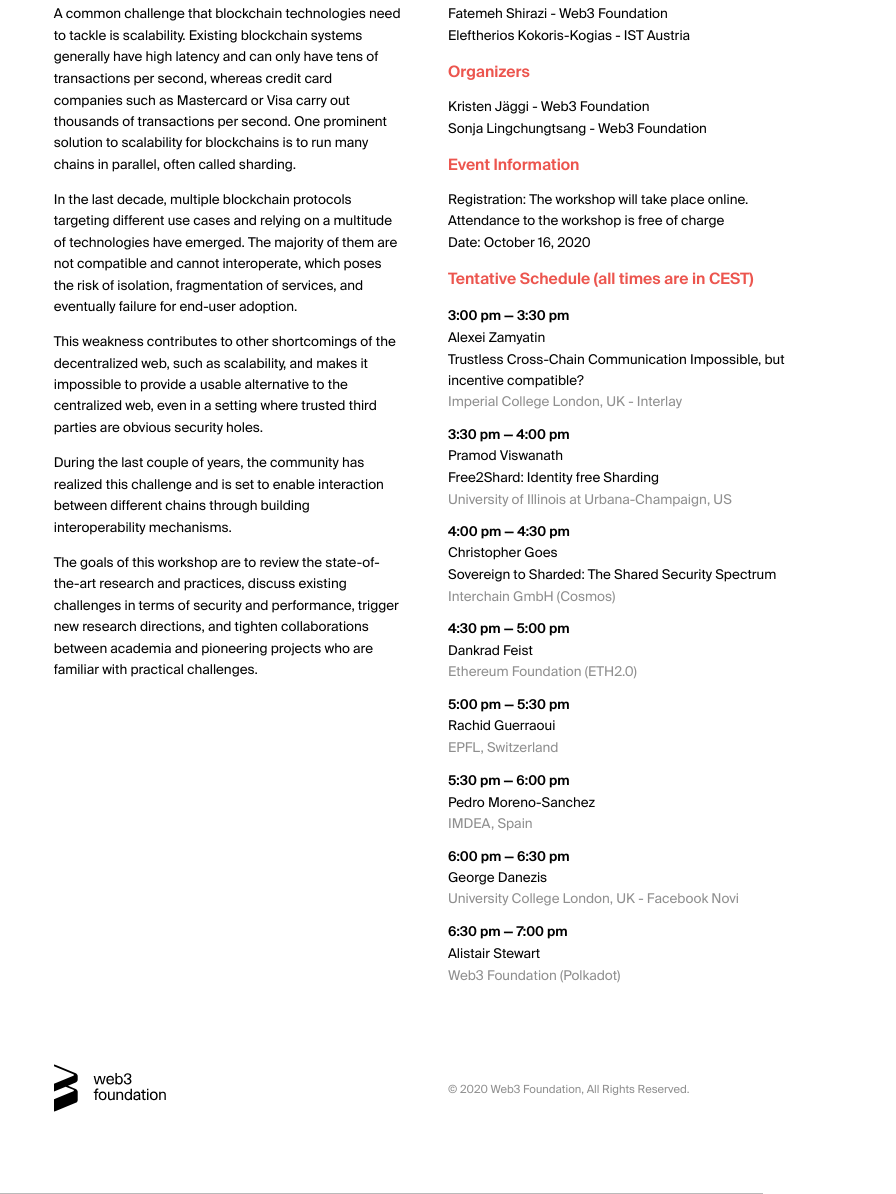
Repository: w3f-webops/disc2020-scalability-and-interoperability-workshop
Page: index.html
An editor plug-in stored every save of this project. The page is shown before and after the next save, followed by the edit.
The browser window is 1280 px wide. The pictures show the part of the page from y = 1006 to 2926 px (the page is 2711 px tall before and 2926 px after), at 70% of full size.

Above is the page before, as saved 2020-10-14 19:34:03.

### index.html
<!DOCTYPE html>
<!--[if lt IE 7]>      <html class="no-js lt-ie9 lt-ie8 lt-ie7"> <![endif]-->
<!--[if IE 7]>         <html class="no-js lt-ie9 lt-ie8"> <![endif]-->
<!--[if IE 8]>         <html class="no-js lt-ie9"> <![endif]-->
<!--[if gt IE 8]><!-->
<html class="no-js">
<!--<![endif]-->

<head>
    <meta charset="utf-8">
    <meta http-equiv="X-UA-Compatible" content="IE=edge">
    <title>DISC2020 | Blockchain Interoperability and Sharding (BIS)</title>
    <meta name="description" content="The Blockchain Interoperability and Sharding Workshop aims at exploring the challenges and opportunities the blockchain sharding has created and discusses interoperability between blockchain systems.">
    <meta name="viewport" content="width=device-width, initial-scale=1">
    <link rel="stylesheet" href="https://cdnjs.cloudflare.com/ajax/libs/normalize/8.0.1/normalize.min.css">
    <link rel="stylesheet" href="style.css">
</head>

<body>
    <div class="page">
        <header>
            <div class="wrapper">
                <div class="nav-bar">
                    <div class="left">
                        <div class="logo">
                            <a href="https://web3.foundation" target="_blank"><img src="logo.svg" alt="Web3 Foundation Logo" class="nav-logo" /></a>
                        </div>
                    </div>
                </div>
            </div>
        </header>
        <main>
            <div class="hero wrapper">
                <h1 class="hero-headline">BIS: Workshop on <wbr>Blockchain Interoperability <wbr>and&nbsp;Sharding</h1>
                <div class="register">
                    <div class="register-date">October 16, 2020 15:00 CEST</div>
                    <a href="http://www.disc-conference.org/wp/disc2020/" target="_blank" rel="noopener noreferrer" class="register-link">Registration
                        <svg width="24" height="24" xmlns="http://www.w3.org/2000/svg" fill-rule="evenodd" clip-rule="evenodd" fill="#fff">
                            <path d="M14 4h-13v18h20v-11h1v12h-22v-20h14v1zm10 5h-1v-6.293l-11.646 11.647-.708-.708 11.647-11.646h-6.293v-1h8v8z" />
                        </svg>
                    </a>
                </div>
                <img src="BIS.svg" class="hero-image">
                <h2 class="hero-text"><b>BIS, the first workshop on Blockchain Interoperability and Sharding, aims at&nbsp;exploring the challenges and opportunities the&nbsp;blockchain sharding has created and discusses interoperability between blockchain systems.</b></h2>
            </div>
            <div class="content">
                <div class="wrapper columns">
                    <div class="column">
                        <h2>Background</h2>
                        <p> A common challenge that blockchain technologies need to tackle is scalability. Existing blockchain systems generally have high latency and can only have tens of transactions per second, whereas credit card companies such as Mastercard or Visa carry out thousands of transactions per second. One prominent solution to scalability for blockchains is to run many chains in parallel, often called sharding.</p>

                        <p>In the last decade, multiple blockchain protocols targeting different use cases and relying on a multitude of technologies have emerged. The majority of them are not compatible and cannot interoperate, which poses the risk of isolation, fragmentation of services, and eventually failure for end-user adoption.</p>

                        <p>This weakness contributes to other shortcomings of the decentralized web, such as scalability, and makes it impossible to provide a usable alternative to the centralized web, even in a setting where trusted third parties are obvious security holes.</p>

                        <p>During the last couple of years, the community has realized this challenge and is set to enable interaction between different chains through building interoperability mechanisms.</p>

                        <p>The goals of this workshop are to review the state-of-the-art research and practices, discuss existing challenges in terms of security and performance, trigger new research directions, and tighten collaborations between academia and pioneering projects who are familiar with practical challenges.</p>
                    </div>
                    <div class="column">
                        <h2>Workshop Chairs</h2>
                        <p>
                            Fatemeh Shirazi - Web3 Foundation<br>
                            Eleftherios Kokoris-Kogias - IST Austria
                        </p>

                        <h2>Organizers</h2>
                        <p>
                            Kristen Jäggi - Web3 Foundation<br>
                            Sonja Lingchungtsang - Web3 Foundation
                        </p>

                        <h2>Event Information</h2>
                        <p>
                            Registration: The workshop will take place online. Attendance to the workshop is free of charge<br>
                            Date: October 16, 2020
                        </p>

                        <h2>Tentative Schedule (all times are in CEST)</h2>

                        <ul class="schedule">
                            <li class="schedule-entry">
                                <div class="schedule-date">3:00 pm &mdash; 3:30 pm</div>
                                <div class="schedule-speaker">Alexei Zamyatin</div>
                                <div class="schedule-topic">Trustless Cross-Chain Communication Impossible, but incentive compatible?</div>
                                <div class="schedule-position">Imperial College London, UK - Interlay</div>
                            </li>
                            <li class="schedule-entry">
                                <div class="schedule-date">3:30 pm &mdash; 4:00 pm</div>
                                <div class="schedule-speaker">Pramod Viswanath</div>
                                <div class="schedule-topic">Free2Shard: Identity free Sharding</div>
                                <div class="schedule-position">University of Illinois at Urbana-Champaign, US</div>
                            </li>
                            <li class="schedule-entry">
                                <div class="schedule-date">4:00 pm &mdash; 4:30 pm</div>
                                <div class="schedule-speaker">Christopher Goes</div>
                                <div class="schedule-topic">Sovereign to Sharded: The Shared Security Spectrum</div>
                                <div class="schedule-position">Interchain GmbH (Cosmos)</div>
                            </li>
                            <li class="schedule-entry">
                                <div class="schedule-date">4:30 pm &mdash; 5:00 pm</div>
                                <div class="schedule-speaker">Dankrad Feist</div>
                                <div class="schedule-position">Ethereum Foundation (ETH2.0)</div>
                            </li>
                            <li class="schedule-entry">
                                <div class="schedule-date">5:00 pm &mdash; 5:30 pm</div>
                                <div class="schedule-speaker">Rachid Guerraoui</div>
                                <div class="schedule-position">EPFL, Switzerland</div>
                            </li>
                            <li class="schedule-entry">
                                <div class="schedule-date">5:30 pm &mdash; 6:00 pm</div>
                                <div class="schedule-speaker">Pedro Moreno-Sanchez</div>
                                <div class="schedule-position">IMDEA, Spain</div>
                            </li>
                            <li class="schedule-entry">
                                <div class="schedule-date">6:00 pm &mdash; 6:30 pm</div>
                                <div class="schedule-speaker">George Danezis</div>
                                <div class="schedule-position">University College London, UK - Facebook Novi</div>
                            </li>
                            <li class="schedule-entry">
                                <div class="schedule-date">6:30 pm &mdash; 7:00 pm</div>
                                <div class="schedule-speaker">Alistair Stewart</div>
                                <div class="schedule-position">Web3 Foundation (Polkadot)</div>
                            </li>
                        </ul>
                    </div>
                </div>
            </div>
        </main>
        <footer>
            <div class="wrapper">
                <div class="nav-bar">
                    <div class="left">
                        <div class="logo">
                            <a href="https://web3.foundation" target="_blank">
                                <img src="logo-black.svg" alt="Web3 Foundation Logo" class="nav-logo" />
                            </a>
                        </div>
                    </div>
                    <div class="right">
                        © 2020 Web3 Foundation, All Rights Reserved.
                    </div>
                </div>
            </div>
        </footer>
    </div>
</body>

</html>

### style.css
@font-face {
  font-family: "SuisseIntl";
  src: url("fonts/SuisseIntl-Regular-WebM.eot");
  src: url("fonts/SuisseIntl-Regular-WebM.eot?#iefix")
      format("embedded-opentype"),
    url("fonts/SuisseIntl-Regular-WebM.woff2") format("woff2"),
    url("fonts/SuisseIntl-Regular-WebM.woff") format("woff"),
    url("fonts/SuisseIntl-Regular-WebM.svg#SuisseIntl-Regular-WebM")
      format("svg");
  font-weight: 400;
  font-style: normal;
  font-stretch: normal;
}

@font-face {
  font-family: "SuisseIntl";
  src: url("../fonts/SuisseIntl-SemiBold-WebM.eot");
  src: url("../fonts/SuisseIntl-SemiBold-WebM.eot?#iefix")
      format("embedded-opentype"),
    url("../fonts/SuisseIntl-SemiBold-WebM.woff2") format("woff2"),
    url("../fonts/SuisseIntl-SemiBold-WebM.woff") format("woff"),
    url("../fonts/SuisseIntl-SemiBold-WebM.svg#SuisseIntl-SemiBold-WebM")
      format("svg");
  font-weight: 700;
  font-style: normal;
  font-stretch: normal;
}

:root {
  --highlight: #ec554e;
  --dim: #8f8f8f;
}

/* ==========================================================================
   Layout
   ========================================================================== */

html,
body {
  background: black;
  margin: 0;
  padding: 0;
}

body {
  font-family: "SuisseIntl", sans-serif;
}

.page {
  padding-top: 3rem;
}

.wrapper {
  max-width: 1200px;
  padding: 0 6vw;
}

.columns {
  display: flex;
}

.column {
  padding-right: 4rem;
}

.left,
.right {
  display: flex;
  align-items: center;
}

@media only screen and (max-width: 700px) {
  .page {
    padding-top: 1.5rem;
  }

  .columns {
    flex-wrap: wrap;
  }
  .column {
    width: 100%;
    padding-right: 1rem;
  }
}

/* ==========================================================================
   Header
   ========================================================================== */

.nav-bar {
  display: flex;
  justify-content: space-between;
  align-items: center;
  margin-bottom: 6rem;
  flex-wrap: wrap;
  color: white;
}

.nav-logo {
  width: 160px;
}

@media only screen and (max-width: 700px) {
  .nav-bar {
    margin-bottom: 2rem;
  }

  .nav-logo {
    max-width: 120px;
  }
}

/* ==========================================================================
   Hero
   ========================================================================== */

.hero {
  color: white;
  padding-bottom: 6vw;
}

.hero-image {
  margin-bottom: 3rem;
}

.hero-text {
  color: white;
  max-width: 720px;
}

.register {
  position: absolute;
  display: flex;
  justify-content: flex-end;
  align-items: center;
  top: 4rem;
  right: 6vw;
  width: 100%;
}

.register .register a {
  color: white;
  text-decoration: none;
}

.register a:visited {
  color: white;
  text-decoration: none;
}

.register a:hover {
  color: white;
  text-decoration: none;
}

.register-date {
  margin-right: 2.4rem;
  color: var(--highlight);
  font-weight: 700;
  color: white;
}

.register-link {
  display: block;
  position: relative;
  width: 5.5rem;
  padding: 0.7rem 3rem 0.7rem 1rem;
  margin-top: 0;
  border: var(--highlight) 1px solid;
  color: white;
  transition: all 0.2s ease-in-out;
  animation: 0.6s ease-in-out 0s 1 slideInFromBottom;
}

.register-link:hover {
  transform: translateY(-0.4rem);
  color: white;
}

.register-link:visited {
  color: white;
}

.register-link svg {
  position: absolute;
  transform: translateY(-50%);
  top: 48%;
  right: 0.7rem;
}

@media only screen and (max-width: 700px) {
  .hero-headline {
    margin-bottom: 1rem;
  }

  .register {
    position: relative;
    display: block;
    top: 0;
    right: 0;
    width: 100%;
    margin-bottom: 3rem;
  }

  .register-date {
    margin-bottom: 1rem;
  }
}

/* ==========================================================================
   Content
   ========================================================================== */

.content {
  background: white;
  padding: 6vw 0;
}

.schedule {
  list-style: none;
  padding-left: 0;
  line-height: 1.6;
  font-size: 1.2rem;
}

.schedule-entry {
  margin-bottom: 1rem;
}

.schedule-date {
  font-weight: 700;
}

.schedule-position {
  color: var(--dim);
}

/* ==========================================================================
   Footer
   ========================================================================== */

footer {
  padding: 1rem 0;
  background: white;
  color: black;
}

footer .right {
  width: 50%;
  color: var(--dim);
}

@media only screen and (max-width: 700px) {
  footer .nav-bar .left {
    margin-bottom: 1rem;
  }
  footer .nav-bar .right {
    width: 100%;
  }
}

/* ==========================================================================
   Typography
   ========================================================================== */

h1 {
  font-size: 6vw;
  margin: 0 0 2rem;
}

h2 {
  line-height: 1.6;
  font-size: 1.4rem;
  margin-top: 0;
  margin-bottom: 1rem;
  color: var(--highlight);
}

p {
  line-height: 1.6;
  font-size: 1.2rem;
  max-width: 720px;
  margin-top: 0;
}

a {
  color: black;
  text-decoration: none;
}

a:visited {
  color: black;
  text-decoration: none;
}

a:hover {
  color: black;
  text-decoration: none;
}

@media only screen and (min-width: 1500px) {
  h1 {
    font-size: 5.6rem;
  }
}

@media only screen and (max-width: 700px) {
  h1 {
    font-size: 12vw;
  }
}

/* ==========================================================================
   Utils
   ========================================================================== */

@keyframes slideInFromBottom {
  0% {
    opacity: 0;
    transform: translateY(5rem);
  }
  100% {
    opacity: 1;
    transform: translateY(0%);
  }
}

After the next save:
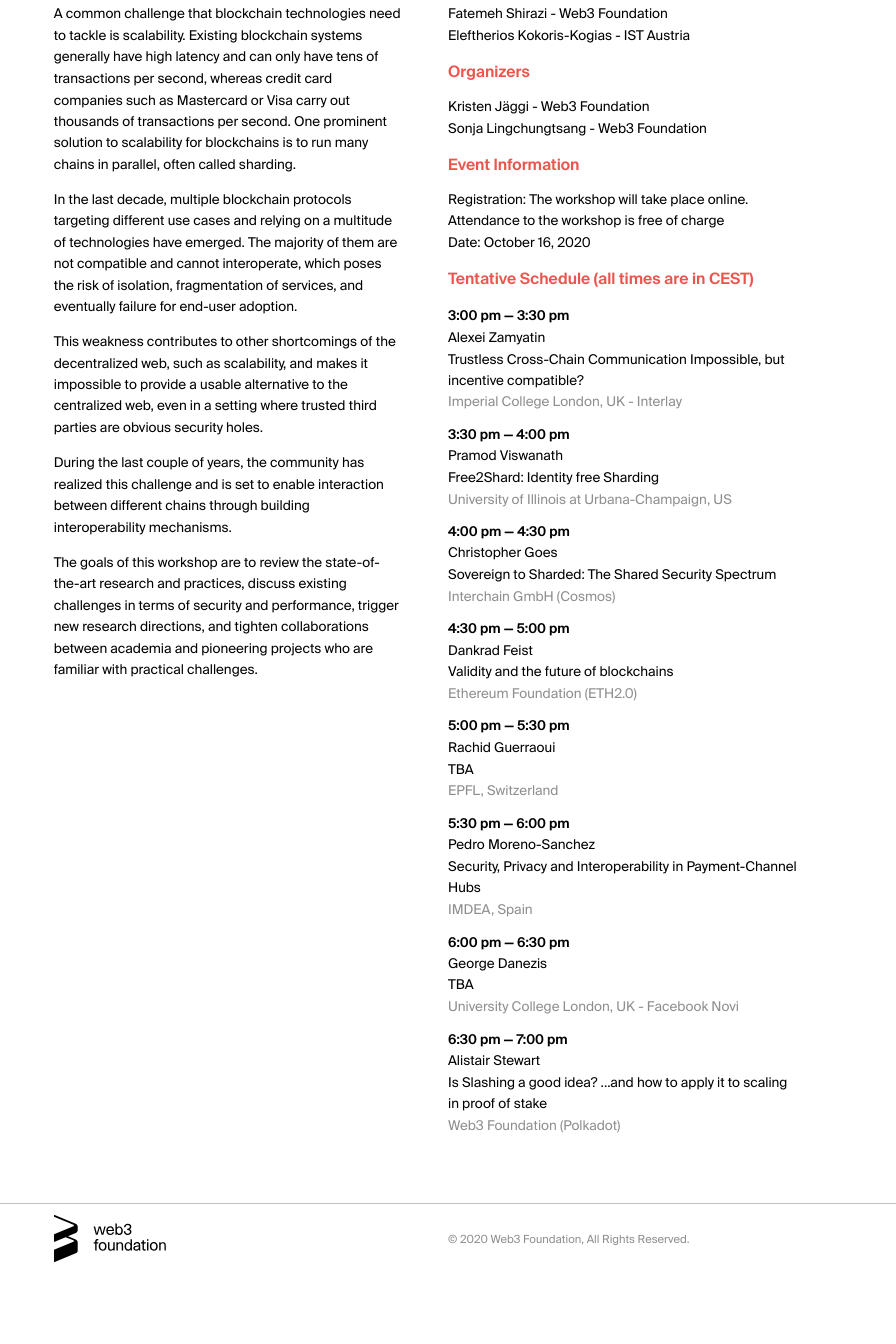
Saved 2 min 4 s later.
--- a/index.html
+++ b/index.html
@@ -100,26 +100,31 @@
                             <li class="schedule-entry">
                                 <div class="schedule-date">4:30 pm &mdash; 5:00 pm</div>
                                 <div class="schedule-speaker">Dankrad Feist</div>
+                                <div class="schedule-topic">Validity and the future of blockchains</div>
                                 <div class="schedule-position">Ethereum Foundation (ETH2.0)</div>
                             </li>
                             <li class="schedule-entry">
                                 <div class="schedule-date">5:00 pm &mdash; 5:30 pm</div>
                                 <div class="schedule-speaker">Rachid Guerraoui</div>
+                                <div class="schedule-topic">TBA</div>
                                 <div class="schedule-position">EPFL, Switzerland</div>
                             </li>
                             <li class="schedule-entry">
                                 <div class="schedule-date">5:30 pm &mdash; 6:00 pm</div>
                                 <div class="schedule-speaker">Pedro Moreno-Sanchez</div>
+                                <div class="schedule-topic">Security, Privacy and Interoperability in Payment-Channel Hubs</div>
                                 <div class="schedule-position">IMDEA, Spain</div>
                             </li>
                             <li class="schedule-entry">
                                 <div class="schedule-date">6:00 pm &mdash; 6:30 pm</div>
                                 <div class="schedule-speaker">George Danezis</div>
+                                <div class="schedule-topic">TBA</div>
                                 <div class="schedule-position">University College London, UK - Facebook Novi</div>
                             </li>
                             <li class="schedule-entry">
                                 <div class="schedule-date">6:30 pm &mdash; 7:00 pm</div>
                                 <div class="schedule-speaker">Alistair Stewart</div>
+                                <div class="schedule-topic">Is Slashing a good idea? ...and how to apply it to scaling in proof of stake</div>
                                 <div class="schedule-position">Web3 Foundation (Polkadot)</div>
                             </li>
                         </ul>
